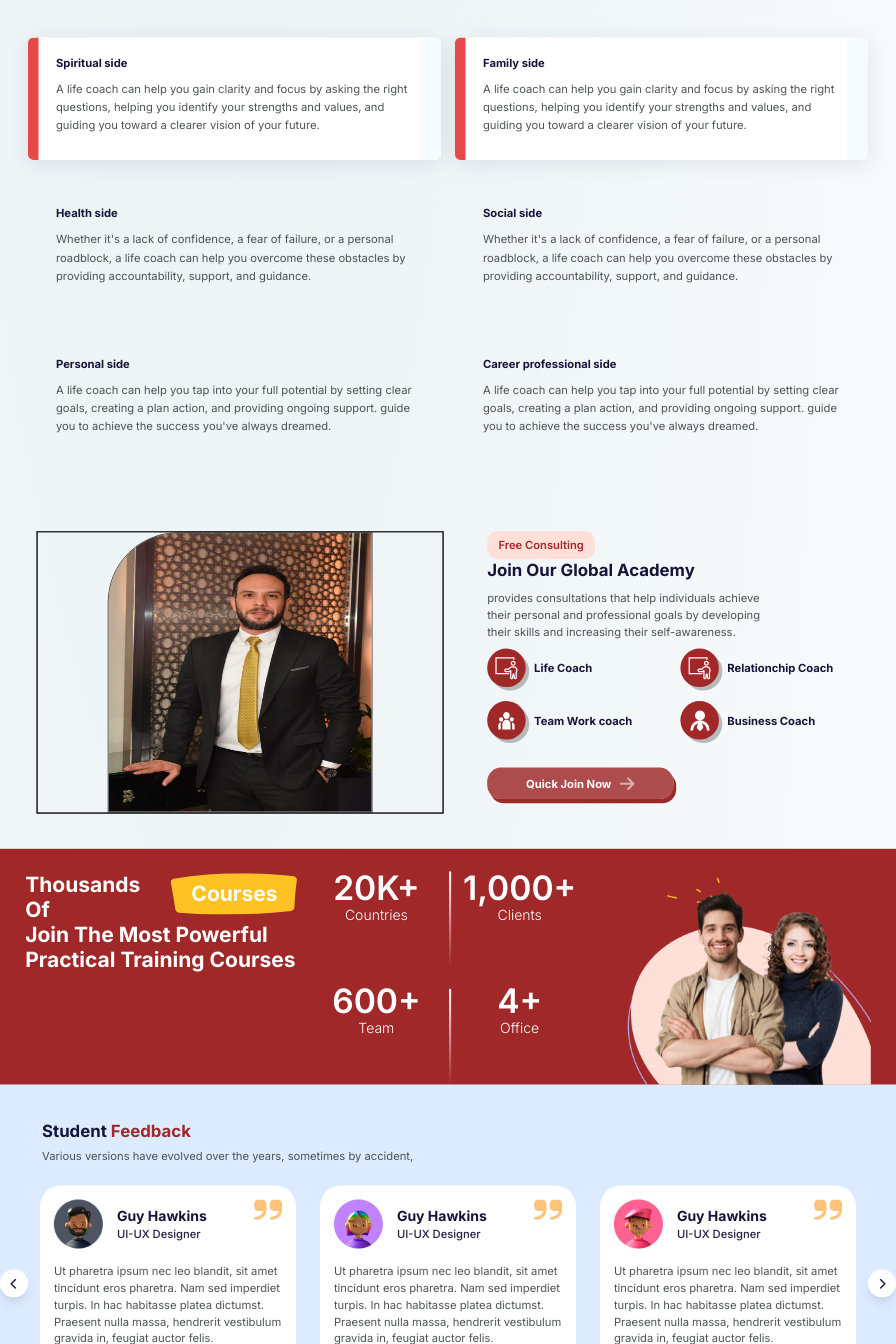
Repository: OmarAhmedEl-hanafy/OT_FRONT
Page: /
These files come from the project's save history. The page is drawn as it stood at one moment and after the next save; the edit follows.
The browser window is 1280 px wide. The pictures show the part of the page from y = 1901 to 3821 px (the page is 5581 px tall), at 70% of full size.
The page's requests for data from a server got no answer. The project was rebuilt for these pictures with package versions that can differ from the ones it lists, and the page was loaded fresh each time. No one was signed in, and anything a server would have sent is missing. Also part of the build but not shown: vite.config.ts, src/components/Legout/Legout.tsx, src/pages/AboutUs/AboutUs.css, src/pages/AboutUs/Section2.tsx, src/pages/AboutUs/Section3.tsx, src/pages/AboutUs/Section4.css, src/pages/AboutUs/Section4.tsx, src/pages/AboutUs/AboutUs.tsx and 28 more. Imported but missing from the stored project, and not drawn on this page: src/assets/images/video-1.mp4, src/assets/images/video-2.mp4.

Above is the page before, as saved 2024-07-28 17:39:25.

After the next save:
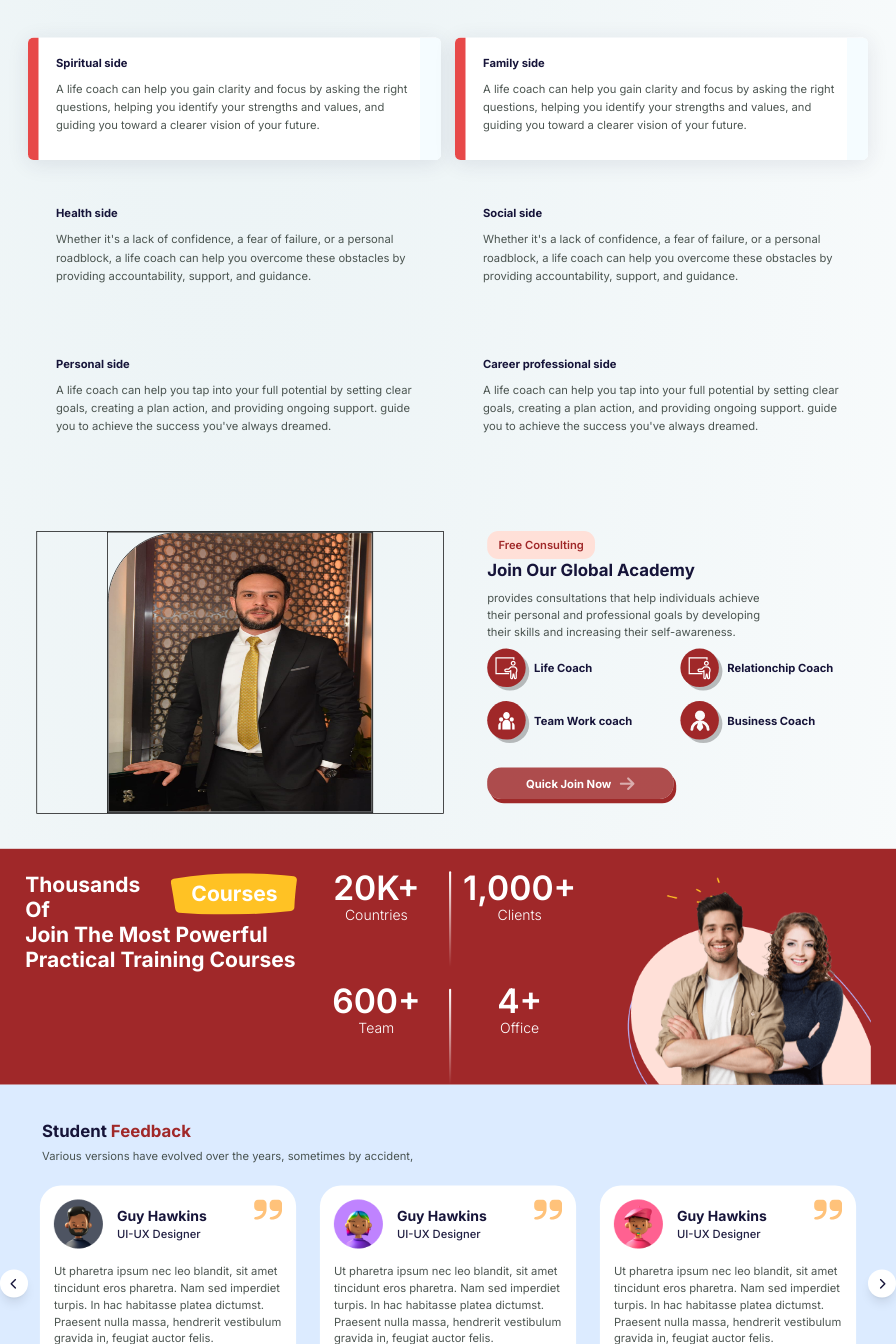
Saved 18 s later.
--- a/src/components/HomeComponents/FreeConsulting.tsx
+++ b/src/components/HomeComponents/FreeConsulting.tsx
@@ -115,11 +115,11 @@ function FreeConsulting() {
     <section className="my-[50px]">
       <div className="container">
         <div className="grid md:grid-cols-2 gap-3 px-3">
-          <div className="border border-black">
+          <div className="px-[100px] border border-black">
             {/* <img className="" src={imgCons} alt="Consulting" /> */}
-            <div className="px-[100px] border border-black">
+            <div className=" border border-black">
               <img
-                className="rounded-tl-[100px]  h-[400px] border border-black "
+                className="rounded-tl-[100px] h-[400px] border border-black "
                 src={imgRs}
                 alt="Consulting"
               />
